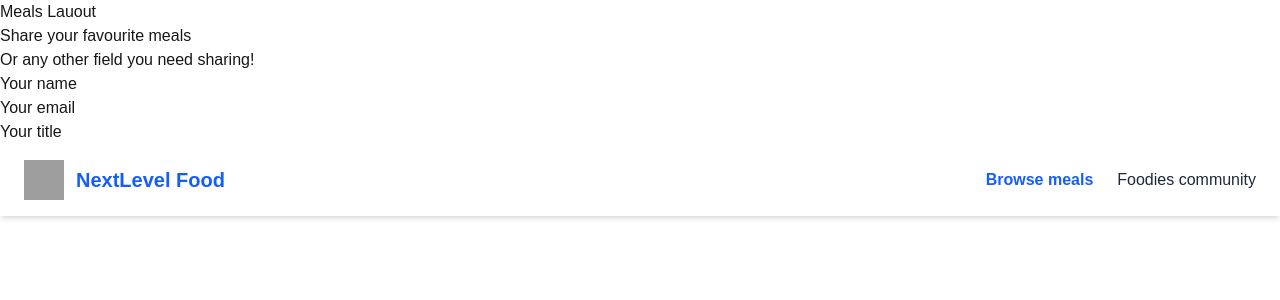
Repository: ananya2420/my-next-app
Page: /meals/share
An editor plug-in stored every save of this project. The page is shown before and after a run of saves, followed by the edit.
The browser window is 1280 px wide. The pictures show the whole page.
Pictures or frames that could not be fetched are drawn as grey boxes. The project was rebuilt for these pictures with package versions that can differ from the ones it lists, and the page was loaded fresh each time. The framework's server and built-in components were replaced by stand-ins that run in the browser. Also part of the build but not shown: next.config.mjs.

Above is the page before, as saved 2025-03-29 13:40:33.

After the next 2 saves:
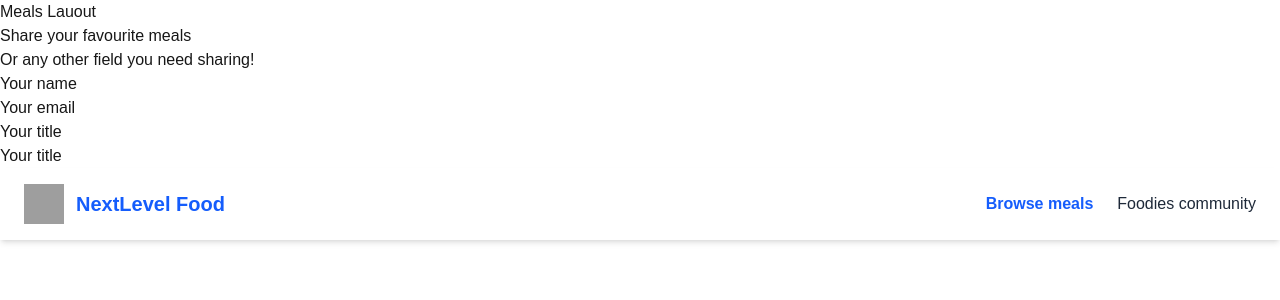
The 2 saves are shown as one change because they came seconds apart.
The last was saved 15 s later.
--- a/src/app/meals/share/page.js
+++ b/src/app/meals/share/page.js
@@ -30,6 +30,12 @@ export default function ShareMealPage(){
 
                 </p>
 
+                <p>
+                    <label htmlFor="title">Your title</label>
+                    <input type='title' id='title' name='title' required />
+
+                </p>
+
 
 
 
